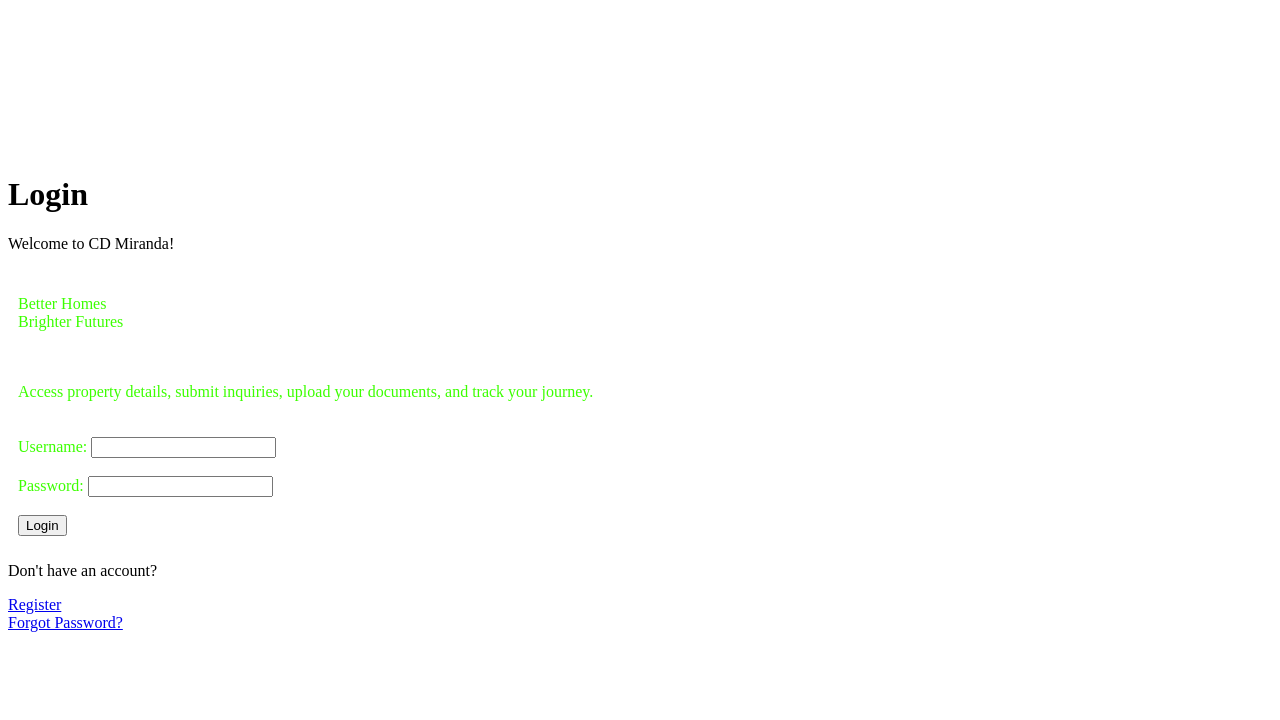
Repository: Gianeuz/CD-Miranda
Page: login/login.html
An editor plug-in stored every save of this project. The page is shown before and after a run of saves, followed by the edit.
The browser window is 1280 px wide. The pictures show the whole page.

Above is the page before, as saved 2026-09-25 00:00:07.

### login/login.html
<!DOCTYPE html>
<html lang="en">
<head>
    <meta charset="UTF-8">
    <meta name="viewport" content="width=device-width, initial-scale=1.0">
    <link rel="icon" href="favicon.jpg" type="image/x-icon">
    <link rel="stylesheet" href="login.css">
    <title>CD Miranda</title>
</head>
<body>

    <div class="header">
        <h1>Urban Scope</h1>
        <h2>CD Miranda Realty</h2>
    </div>
<div class="welcome">
    <h1>Login</h1>
    <p>Welcome to CD Miranda!</p>
</div>

<div class="qoute">
    <p>Better Homes <br> Brighter Futures</p>
</div>

<div class="qoute-text">
    <p>Access property details, submit inquiries, upload your documents, and track your journey.</p>
</div>

<div class="login-form">
    <form action="login.php" method="post">
        <label for="username">Username:</label>
        <input type="text" id="username" name="username" required><br><br>

        <label for="password">Password:</label>
        <input type="password" id="password" name="password" required><br><br>

        <input type="submit" value="Login">
    </form>
</div>

<div class="register">
    <p>Don't have an account?</p>
    <a href="register.html">Register</a>
</div>

<div class="forgot-password">
    <a href="forgot_password.html">Forgot Password?</a>
</div>

</body>
</html>

### login/login.css
background-color: #ffffff;

p {
    background-color: #ffffff;
    color: rgb(255, 255, 255);
    padding: 10px;
    text-align: left;
}

.header {
    background-color: #ffffff;
    color: rgb(255, 255, 255);
    padding: 10px;
    text-align: left;
}

.qoute {
    background-color: #ffffff;
    color: rgb(60, 255, 0);
    padding: 10px;
    text-align: left;
}

.qoute-text {
    background-color: #ffffff;
    color: rgb(60, 255, 0);
    padding: 10px;
    text-align: left;
}

.login-form {
    background-color: #ffffff;
    color: rgb(60, 255, 0);
    padding: 10px;
    text-align: left;
}

.register{
    background-color: #ffffff;
    right: 90px;
    top: 100px;
    width: 90%;
}

.forgot-password {
    background-color: #ffffff;
    right: 90px;
    top: 100px;
    width: 90%;
}

After the next 3 saves:
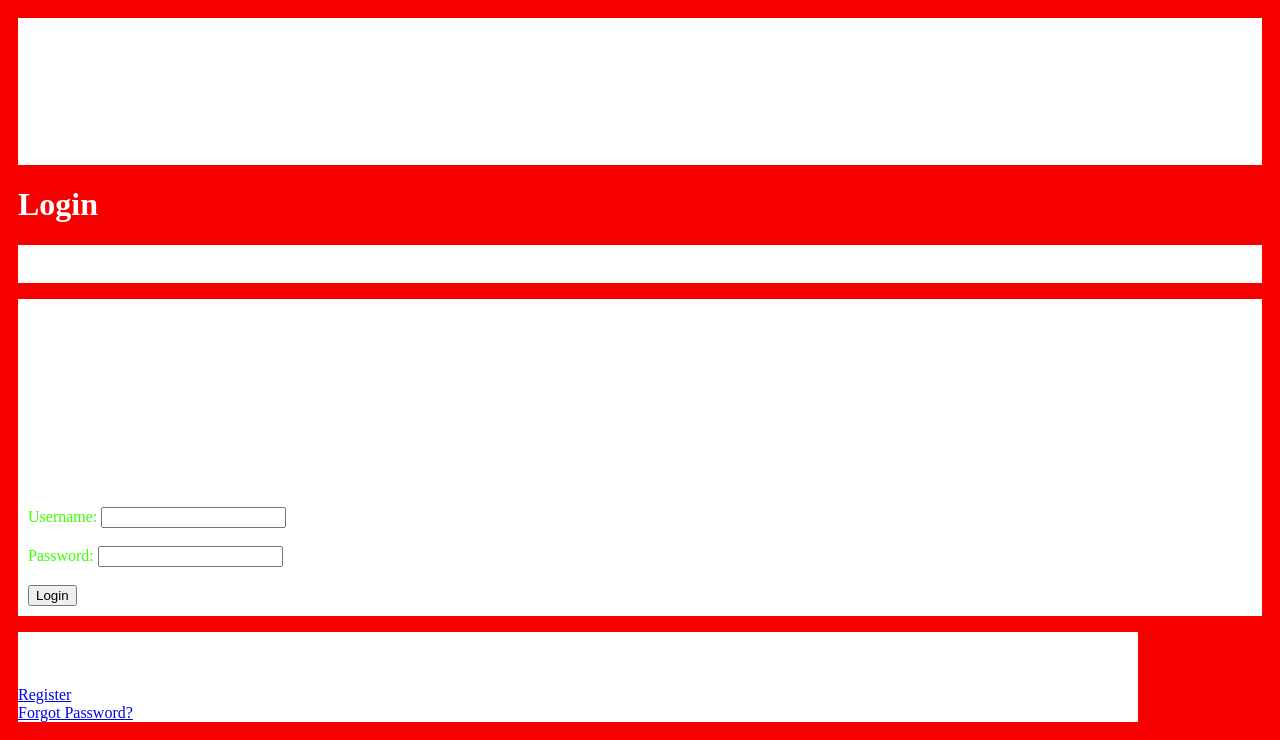
The 3 saves are shown as one change because they came seconds apart.
The last was saved 9 s later.
--- a/login/login.css
+++ b/login/login.css
@@ -1,4 +1,9 @@
-background-color: #ffffff;
+body {
+    background-color: #f70000;
+    color: rgb(255, 255, 255);
+    padding: 10px;
+    text-align: left;
+}
 
 p {
     background-color: #ffffff;
